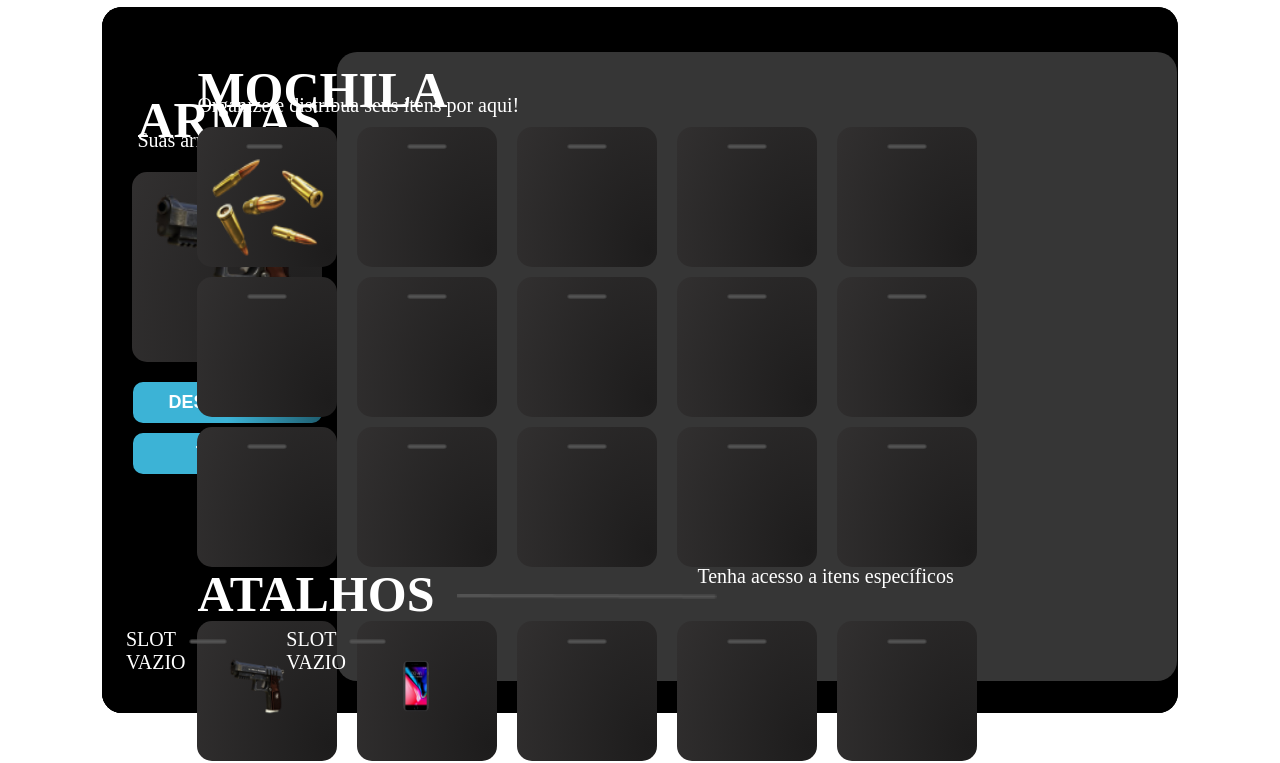
Repository: DuMCorrea/Mochila
Page: index.html
These files come from the project's save history. The page is drawn as it stood at one moment and after the next save; the edit follows.
The browser window is 1280 px wide. The pictures show the whole page.
Some web fonts or font styles are not loaded; a fallback is used.

Above is the page before, as saved 2024-09-03 10:03:45.

After the next save:
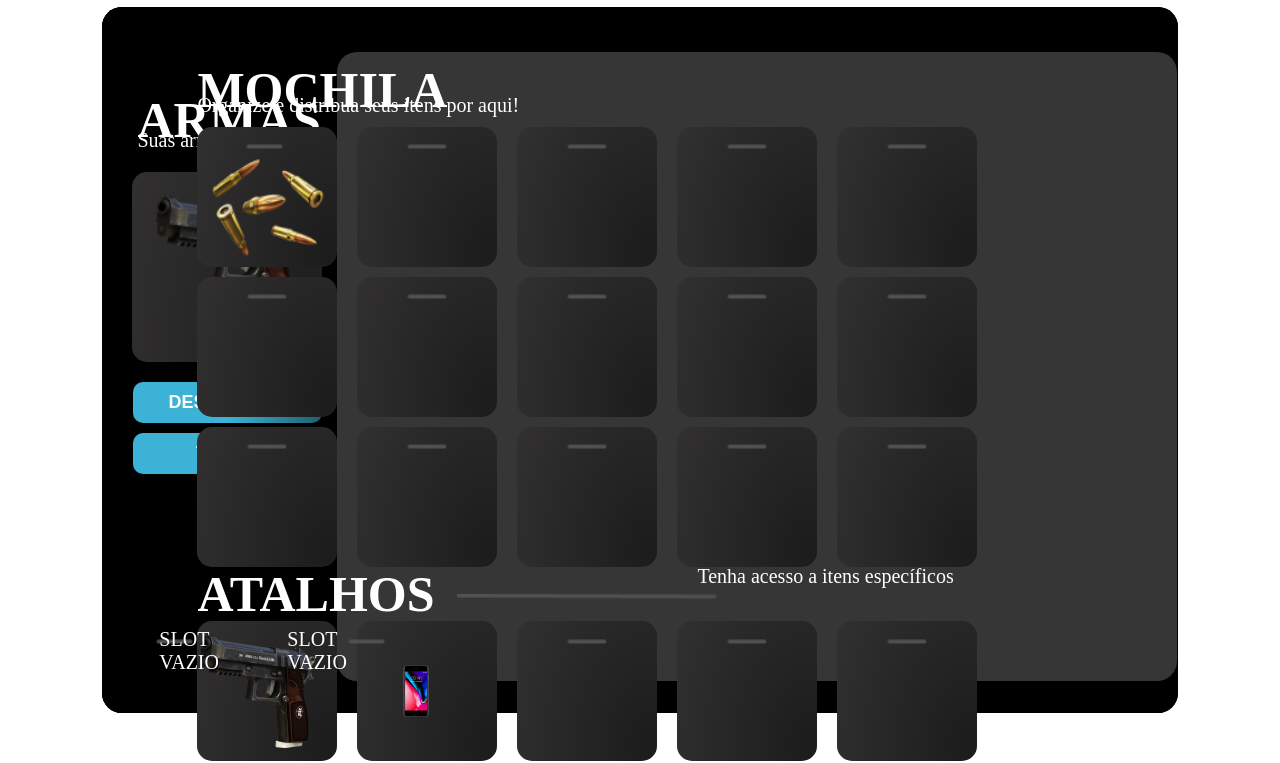
Saved 5 s later.
--- a/styles.css
+++ b/styles.css
@@ -277,9 +277,3 @@ body, html {
     top: -58px;
     left: 500px;
 }
-
-.square-imagee {
-    width: 60px; /* Ajuste o tamanho da imagem conforme necessário */
-    height: 60px;
-    margin-bottom: 10px; /* Espaçamento entre a imagem e o texto */
-}

After the save that followed:
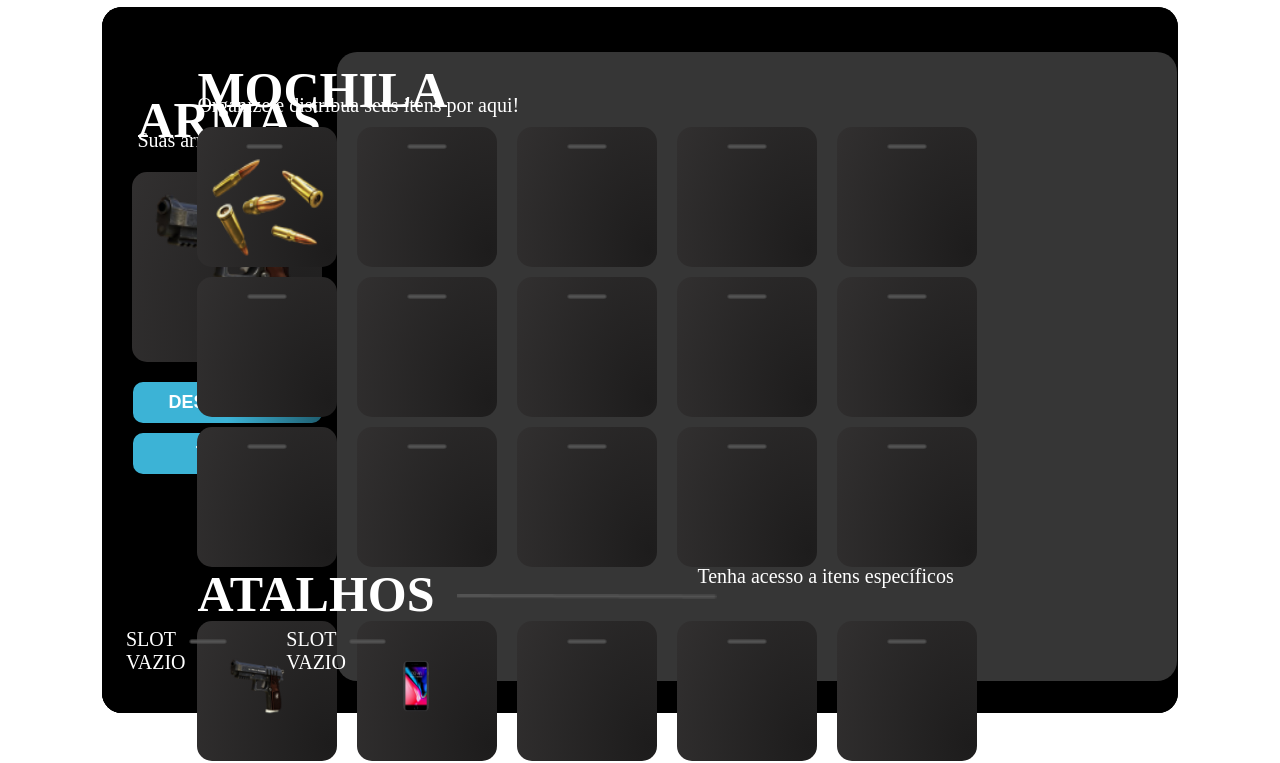
Saved 4 s later.
--- a/styles.css
+++ b/styles.css
@@ -277,3 +277,17 @@ body, html {
     top: -58px;
     left: 500px;
 }
+
+.square-imagee {
+    width: 60px; /* Ajuste o tamanho da imagem conforme necessário */
+    height: 60px;
+    margin-bottom: 10px; /* Espaçamento entre a imagem e o texto */
+}
+
+.slot-text {
+    color: white;
+    font-size: 100px; /* Tamanho do texto */
+    text-align: center;
+    position: relative;
+    bottom: 30px;
+}
